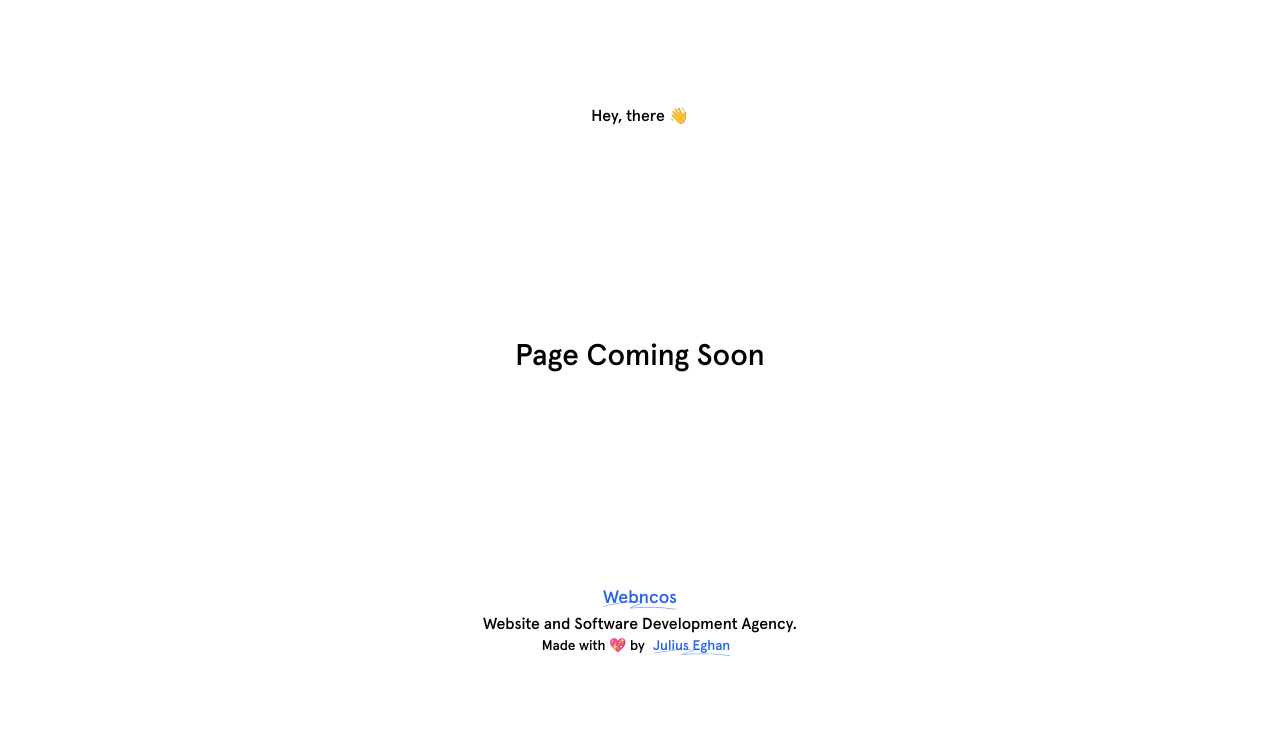
Repository: 1realjulius/webncos
Page: /
The author's editor kept a copy of each file at every save. The page is drawn from the files as they stood at one save, then again after the next save.
The browser window is 1280 px wide. The pictures show the whole page.
The project was rebuilt for these pictures with package versions that can differ from the ones it lists, and the page was loaded fresh each time. The framework's server and built-in components were replaced by stand-ins that run in the browser. Also part of the build but not shown: next.config.js.

Above is the page before, as saved 2022-08-13 05:37:58.

After the next save:
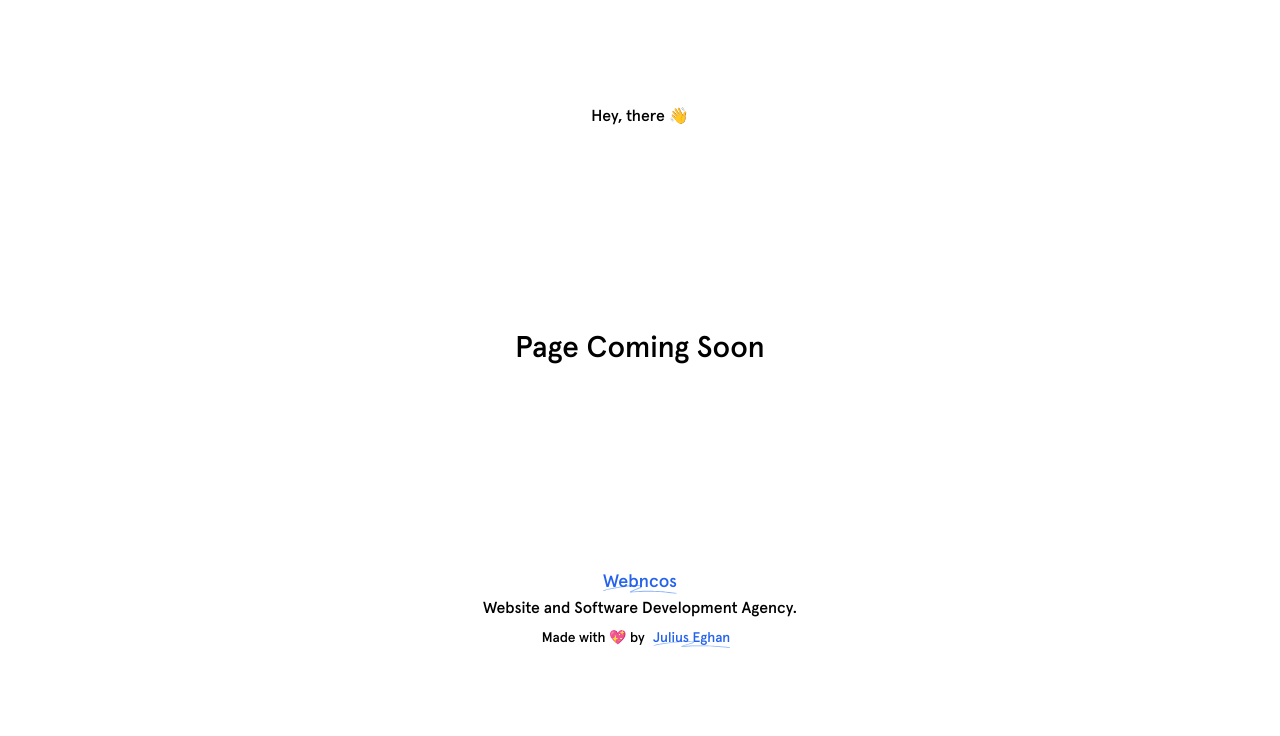
Saved 16 s later.
--- a/components/ComingSoon.tsx
+++ b/components/ComingSoon.tsx
@@ -30,7 +30,7 @@ const ComingSoon = () => {
             <p>Website and Software Development Agency.</p>
         </div>
         <div>
-            <p className="flex flex-row text-sm">
+            <p className="flex flex-row text-sm my-2">
                 <span>Made with 💖 by</span>
                 <Link href='https://www.iamjulius.com/'>
                 <span className="relative whitespace-nowrap text-blue-600 cursor-pointer mx-2">
